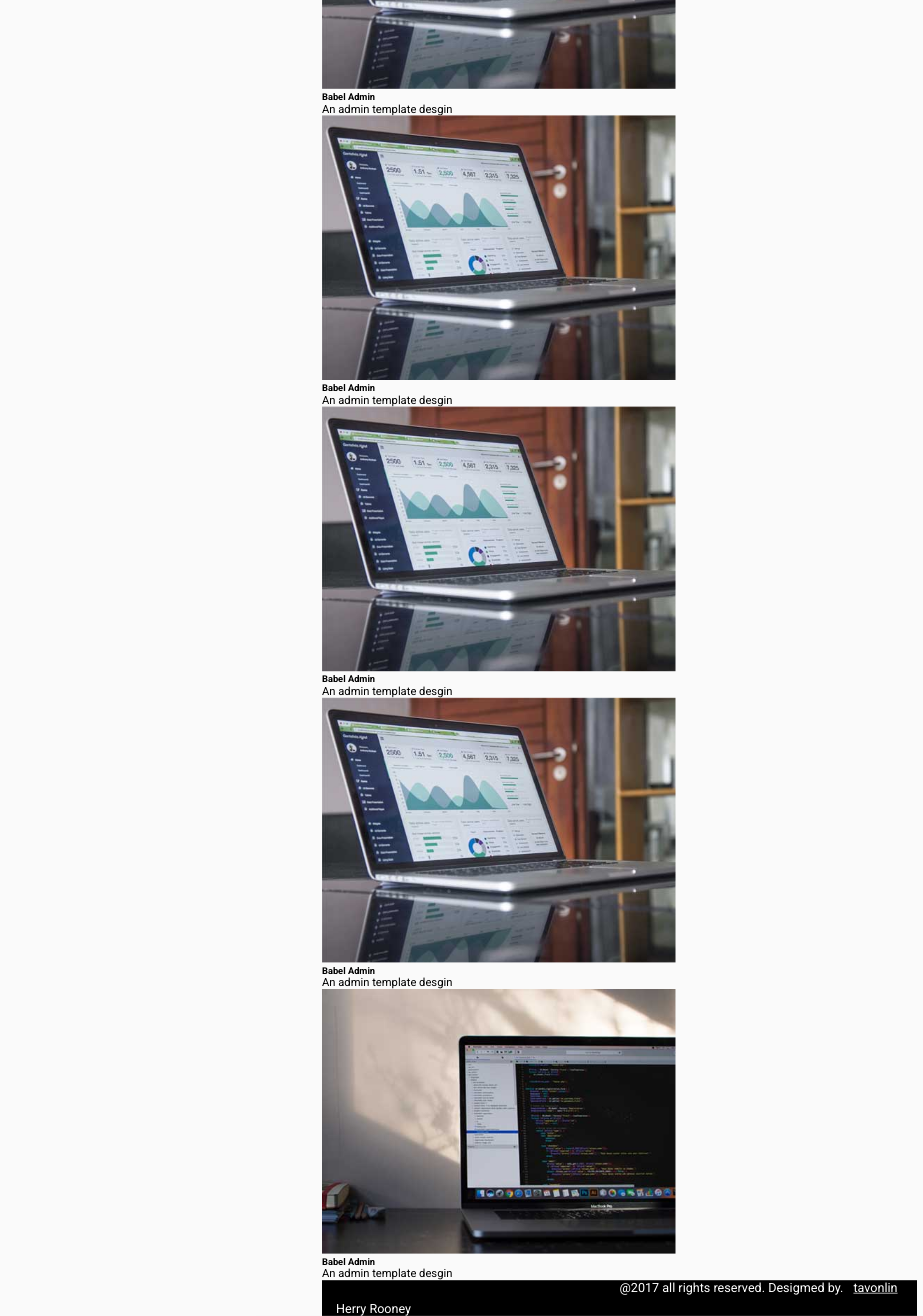
Repository: Lehuyhuynh/mat
Page: index.html
These files come from the project's save history. The page is drawn as it stood at one moment and after the next save; the edit follows.
The browser window is 1280 px wide. The page is 1319 px wide, so the pictures cover 1319 px, including what lies to the right of the window. The pictures show the part of the page from y = 4117 to 5997 px (the page is 5997 px tall), at 70% of full size.
Some icons come from a web library that is not loaded, so they are not drawn.

Above is the page before, as saved 2023-04-13 17:14:38.

After the next save:
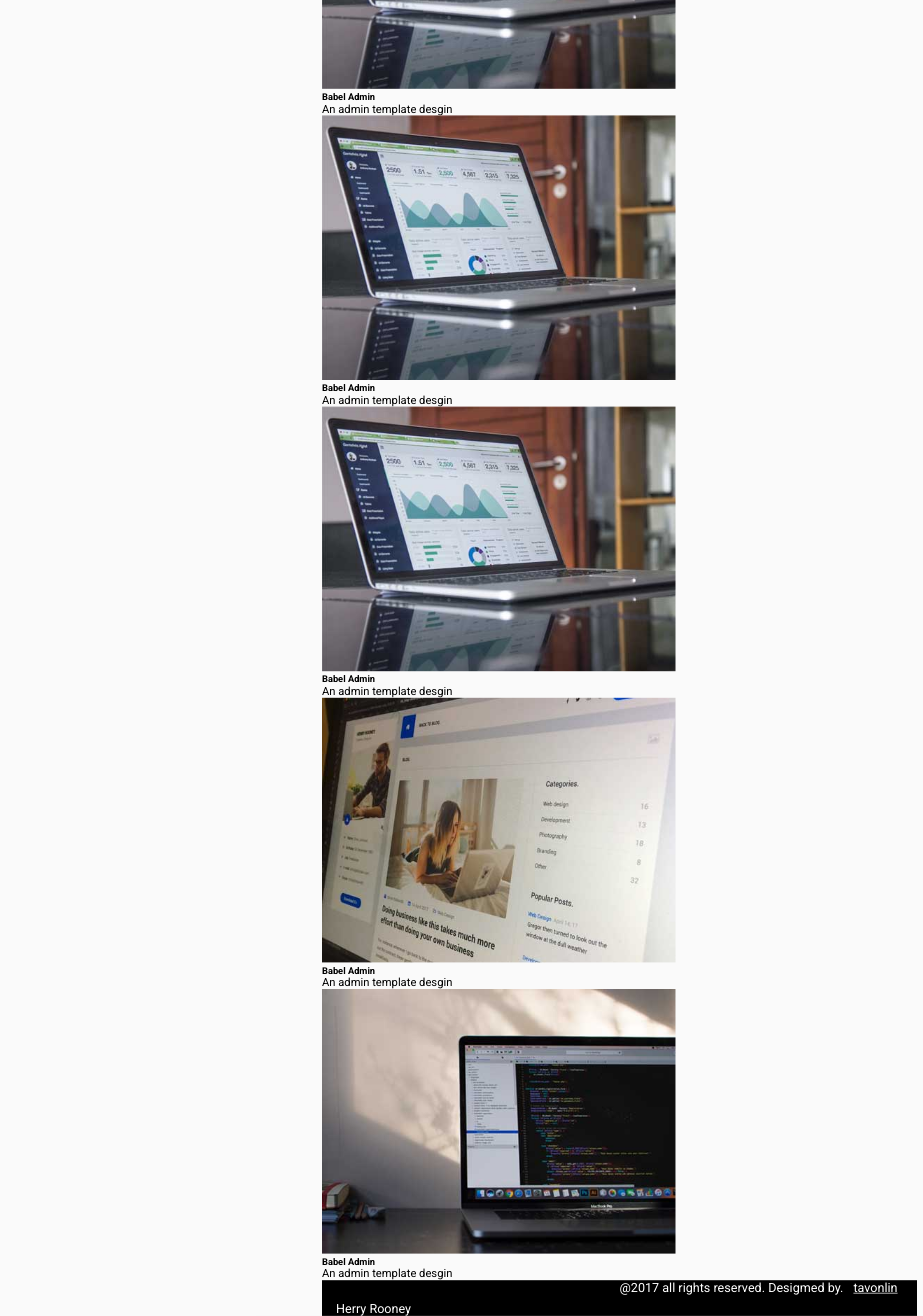
Saved 4 s later.
--- a/index.html
+++ b/index.html
@@ -469,7 +469,7 @@
 
                                             </div>
                                             <div class="porifolo-singlePage_list">
-                                                <img src="img/works/work-01.jpg" alt="#">
+                                                <img src="img/works/work-08.jpg" alt="#">
                                                 <div class="porifolo-singlePage_name"><h5>Babel Admin</h5>
                                                     <span>An admin template desgin</span>
 
